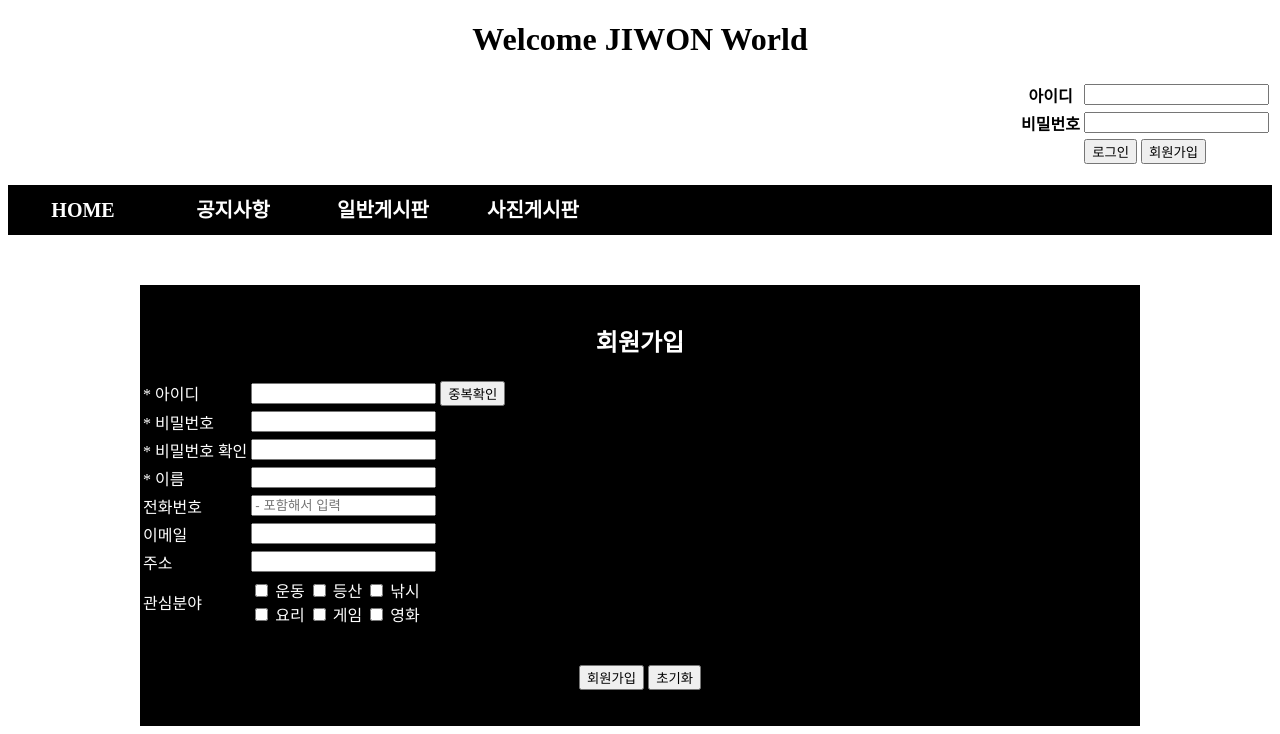
Repository: KoYeeHwan/JSP_Project
Page: http://localhost/jspProject/views/member/memberEnrollForm.jsp
The author's editor kept a copy of each file at every save. The page is drawn from the files as they stood at one save, then again after the next save.
The browser window is 1280 px wide. The pictures show the whole page.
The page is served by Tomcat 9. Other server files are loaded and not shown.

Above is the page before, as saved 2023-10-16 03:22:23.

### jspProject/src/main/webapp/views/member/memberEnrollForm.jsp
<%@ page language="java" contentType="text/html; charset=UTF-8"
    pageEncoding="UTF-8"%>
<!DOCTYPE html>
<html>
<head>
<meta charset="UTF-8">
<title>Insert title here</title>

<style>
    .outer {
        background: black;
        color: white;
        width: 1000px;
        margin: auto;
        margin-top: 50px;
    }

    #enroll-form-table{margin: auto;}
    #enroll-form-input{margin: 5px;}
</style>

</head>
<body>
    <%@ include file="../common/menubar.jsp" %>

    <div class="outer">
        <br>
        <h2 align="center">회원가입</h2>

        <form action="<%=contextPath %>/jsp/insert.me" id="enroll-form" method="post">
            <table>
                <tr>
                    <td>* 아이디</td>
                    <td><input type="text" name="userId" maxlength="12" required></td>
                    <td><button type="button">중복확인</button></td>
                </tr>
                <tr>
                    <td>* 비밀번호</td>
                    <td><input type="password" name="userPwd" maxlength="15" required></td>
                    <td></td>
                </tr>
                <tr>
                    <td>* 비밀번호 확인</td>
                    <td><input type="password" maxlength="15" required></td>
                    <td></td>
                </tr>
                <tr>
                    <td>* 이름</td>
                    <td><input type="text" name="userName" maxlength="6" required></td>
                    <td></td>
                </tr>
                <tr>
                    <td>전화번호</td>
                    <td><input type="text" name="phone" placeholder="- 포함해서 입력"></td>
                    <td></td>
                </tr>
                <tr>
                    <td>이메일</td>
                    <td><input type="email" name="email" ></td>
                    <td></td>
                </tr>
                <tr>
                    <td>주소</td>
                    <td><input type="text" name="address" ></td>
                    <td></td>
                </tr>
                <tr>
                    <td>관심분야</td>
                    <td colspan="2">
                        <input type="checkbox" name="interest" id="sports" value="운동">
                        <label for="sports">운동</label>

                        <input type="checkbox" name="interest" id="climbing" value="등산">
                        <label for="climbing">등산</label>

                        <input type="checkbox" name="interest" id="fishing" value="낚시">
                        <label for="fishing">낚시</label>
                        <br>
                        <input type="checkbox" name="interest" id="cooking" value="요리">
                        <label for="cooking">요리</label>

                        <input type="checkbox" name="interest" id="game" value="게임">
                        <label for="game">게임</label>

                        <input type="checkbox" name="interest" id="movie" value="영화">
                        <label for="movie">영화</label>
                    </td>
                </tr>
            </table>

            <br><br>

            <div align = "center">
                <button type="submit">회원가입</button>
                <button type="reset">초기화</button>
            </div>

            <br><br>

        </form>
    </div>
</body>
</html>

### jspProject/src/main/webapp/views/common/menubar.jsp
<%@ page language="java" contentType="text/html; charset=UTF-8"
    pageEncoding="UTF-8" import="com.kh.member.model.vo.Member"%>
<%
	String contextPath = request.getContextPath();

	Member loginUser = (Member)session.getAttribute("loginUser");
	// 로그인 시도 전 menubar.jsp로딩 시 해당객체 : null
	// 로그인 성공 후 menubar.jsp로딩 시 해당 객체 : 로그인 성공한 회원의 정보
%>
<!DOCTYPE html>
<html>
<head>
<meta charset="UTF-8">
<title>Insert title here</title>

<style>
    .login-area > *{
        float: right;
    }
    .login-area a {
        text-decoration: none;
        color: black;
        font-size: 12px;
    }
    .nav-area{background: black;}
    .menu{
        display: table-cell;
        width: 150px;
        height: 50px;
    }
    .menu a{
        text-decoration: none;
        color: white;
        font-size: 20px;
        font-weight: bold;
        display: block;
        width: 100%;
        height: 100%;
        line-height: 50px;
        text-align: center;
    }
</style>
</head>
<body>
    <h1 align="center">Welcome JIWON World</h1>

    <div class="login-area">
        <% if(loginUser == null) { %>
            <!-- case1. 로그인 전 -->
        <form action="<%=contextPath %>/login.me" method= "POST">
            <table>
                <tr>
                    <th>아이디</th>
                    <td><input type="text" name="userId" required></td>
                </tr>
                <tr>
                    <th>비밀번호</th>
                    <td><input type="password" name="userPwd" required></td>
                </tr>
                <tr>
                    <th colspan="2">
                        <button type="submit">로그인</button>
                        <button type="button" onclick="enrollPage();">회원가입</button>
                    </th>
                </tr>
            </table>
            <script>
            	// 회원가입 페이지를 요청
            	function enrollPage(){
            		location.href = "<%=contextPath %>/views/member/memberEnrollForm.jsp";
            		// 웹 애플리케이션의 디렉토리 구조가 url에 노출되면 보안에 취약

            		// 단순한 페이지 요청도 servlet호출해서 servlet거쳐갈 것(즉, url에는 서블릿 맵핑값만 나타나도록)
            		location.href = "<%=contextPath %>/enrollForm.me";
            	}
            </script>
        </form>
	<% } else {%>
        <!-- case2. 로그인 후 -->
        <div>
           <b><%= loginUser.getUserName() %>님</b>의 방문을 환영합니다. <br><br>
           <div align="center">
                <a href="">마이페이지</a>
                <a href="<%=contextPath %>/logout.me">로그아웃</a>
            </div>
        </div>
      <% } %>
    </div>

    <br clear="both">
    <br>

    <div class="nav-area">
        <div class="menu"><a href="">HOME</a></div>
        <div class="menu"><a href="">공지사항</a></div>
        <div class="menu"><a href="">일반게시판</a></div>
        <div class="menu"><a href="">사진게시판</a></div>
    </div>
</body>
</html>

After the next save:
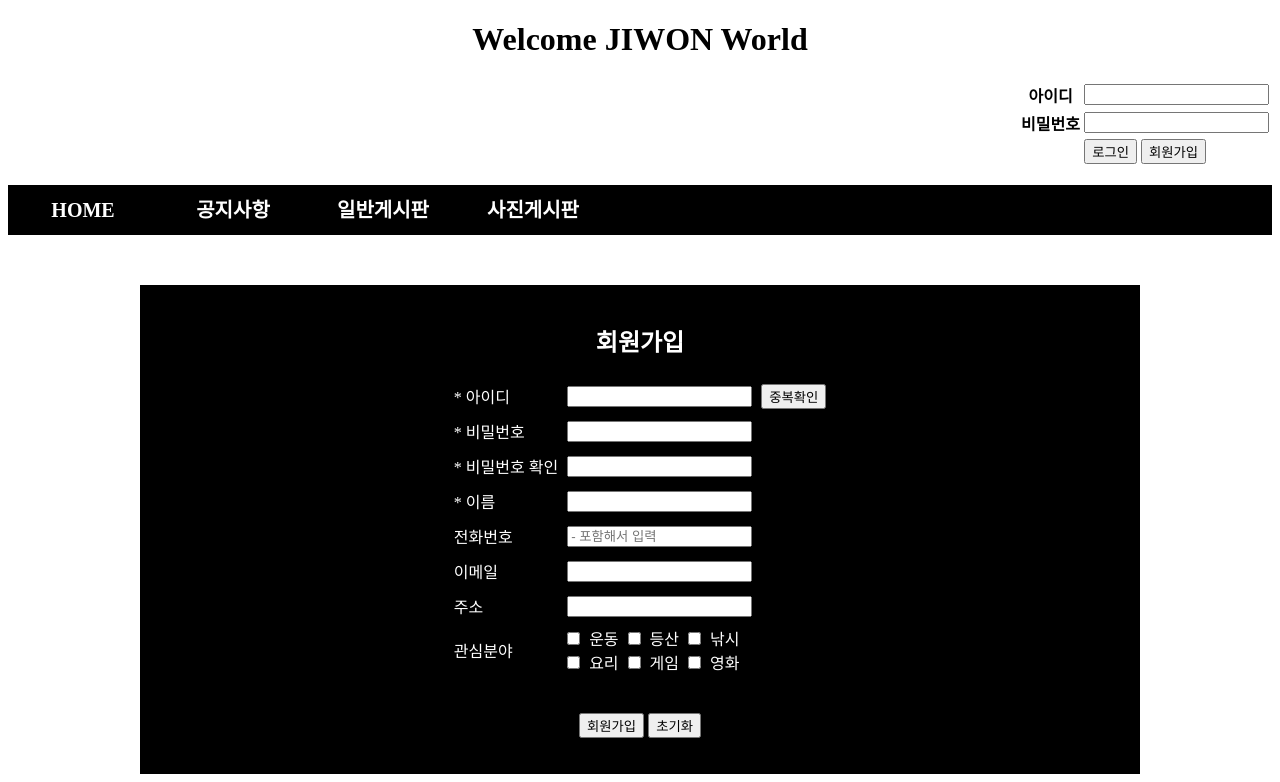
Saved 8 s later.
--- a/jspProject/src/main/webapp/views/member/memberEnrollForm.jsp
+++ b/jspProject/src/main/webapp/views/member/memberEnrollForm.jsp
@@ -15,8 +15,8 @@
         margin-top: 50px;
     }
 
-    #enroll-form-table{margin: auto;}
-    #enroll-form-input{margin: 5px;}
+    #enroll-form table{margin: auto;}
+    #enroll-form input{margin: 5px;}
 </style>
 
 </head>
@@ -27,7 +27,7 @@
         <br>
         <h2 align="center">회원가입</h2>
 
-        <form action="<%=contextPath %>/jsp/insert.me" id="enroll-form" method="post">
+        <form action="<%=contextPath %>/insert.me" id="enroll-form" method="post">
             <table>
                 <tr>
                     <td>* 아이디</td>
@@ -36,12 +36,12 @@
                 </tr>
                 <tr>
                     <td>* 비밀번호</td>
-                    <td><input type="password" name="userPwd" maxlength="15" required></td>
+                    <td><input type="password" class="" name="userPwd" maxlength="15" required></td>
                     <td></td>
                 </tr>
                 <tr>
                     <td>* 비밀번호 확인</td>
-                    <td><input type="password" maxlength="15" required></td>
+                    <td><input type="password" name="userPwdCheck" maxlength="15" required></td>
                     <td></td>
                 </tr>
                 <tr>
@@ -91,13 +91,24 @@
             <br><br>
 
             <div align = "center">
-                <button type="submit">회원가입</button>
+                <button type="submit" onclick="return checkPwd();">회원가입</button>
                 <button type="reset">초기화</button>
             </div>
 
             <br><br>
 
         </form>
+
+        <script>
+            function checkPwd(){
+                let pwdInput = document.querySelector("#enroll-form input[name=userPwd]");
+                let pwdCheckInput = document.querySelector("#enroll-form input[name=userPwdCheck]");
+                if(pwdInput.value !== pwdCheckInput.value) {
+                    alert("비밀번호가 일치하지 않습니다.");
+                    return false;
+                }
+            }
+        </script>
     </div>
 </body>
 </html>
